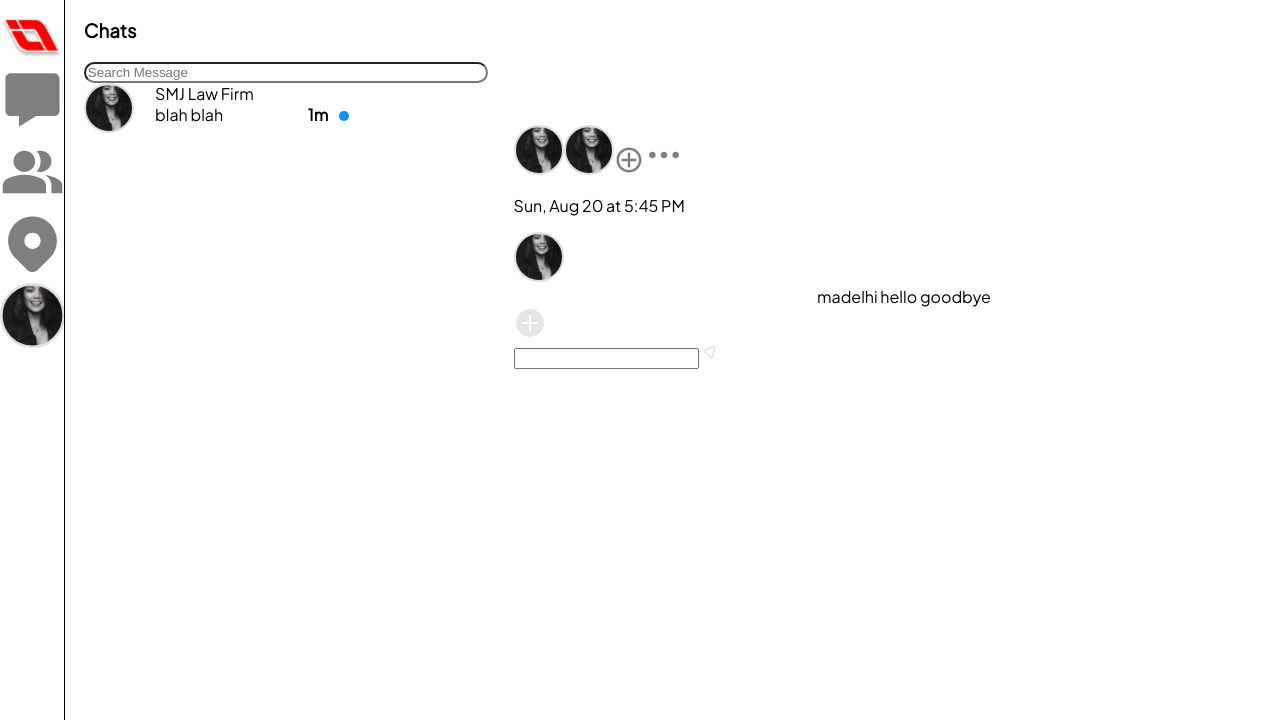
Repository: Nicktacku/LawChat
Page: /homechat (app in frontend/lawchat/)
These files come from the project's save history. The page is drawn as it stood at one moment and after the next save; the edit follows.
The browser window is 1280 px wide. The pictures show the whole page.
The project was rebuilt for these pictures with package versions that can differ from the ones it lists, and the page was loaded fresh each time. Also part of the build but not shown: frontend/lawchat/src/styles/button.css, frontend/lawchat/src/components/Button.js, frontend/lawchat/src/pages/Home.js, frontend/lawchat/src/pages/Login.js, frontend/lawchat/src/pages/Test.js.

Above is the page before, as saved 2024-08-15 14:40:22.

After the next save:
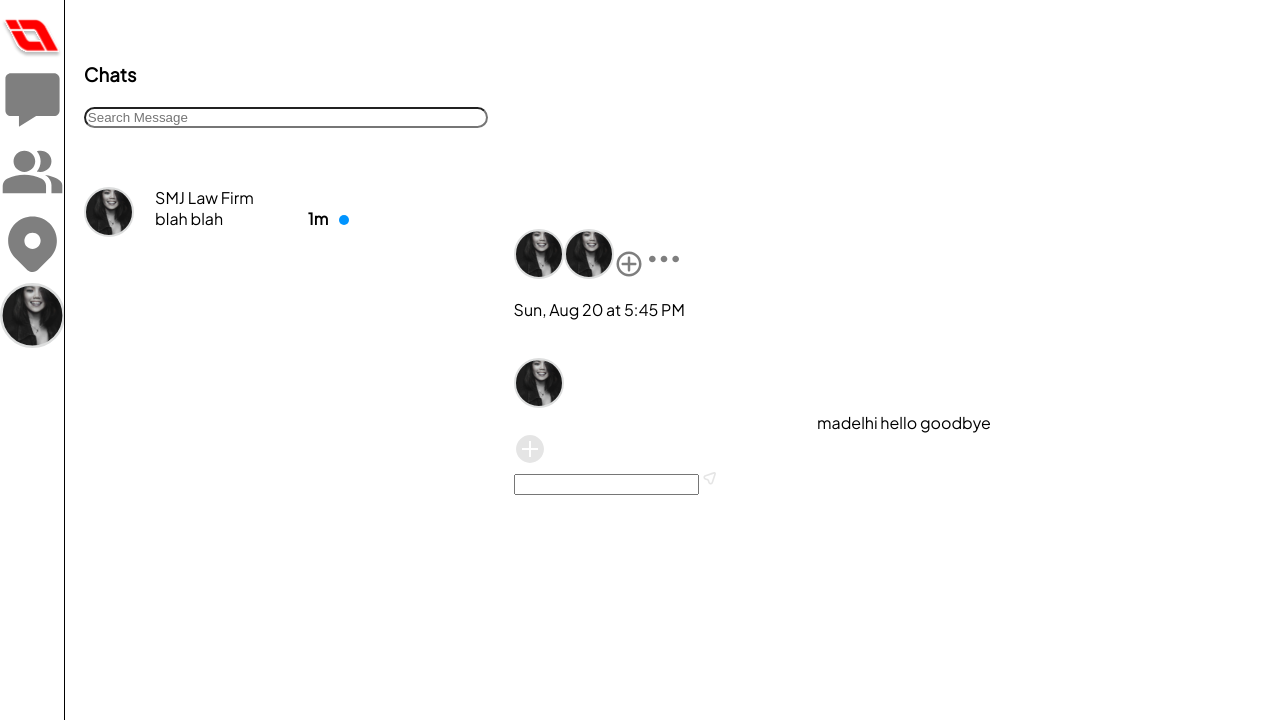
Saved 3 min 26 s later.
--- a/frontend/lawchat/src/styles/chatpreview.css
+++ b/frontend/lawchat/src/styles/chatpreview.css
@@ -1,3 +1,7 @@
+.container {
+    margin-top: 5%;
+}
+
 .images{
     float: left
 }

After the save that followed:
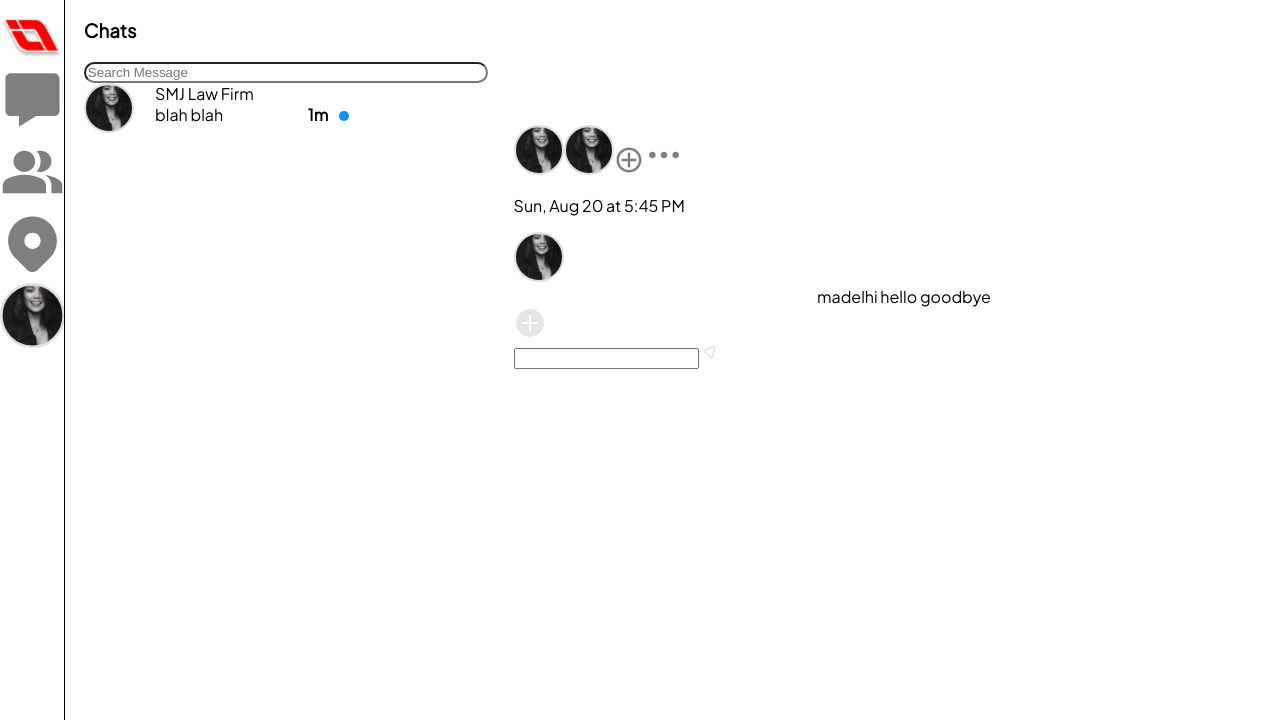
Saved 61 s later.
--- a/frontend/lawchat/src/styles/chatpreview.css
+++ b/frontend/lawchat/src/styles/chatpreview.css
@@ -1,4 +1,4 @@
-.container {
+.chats-container {
     margin-top: 5%;
 }
 
